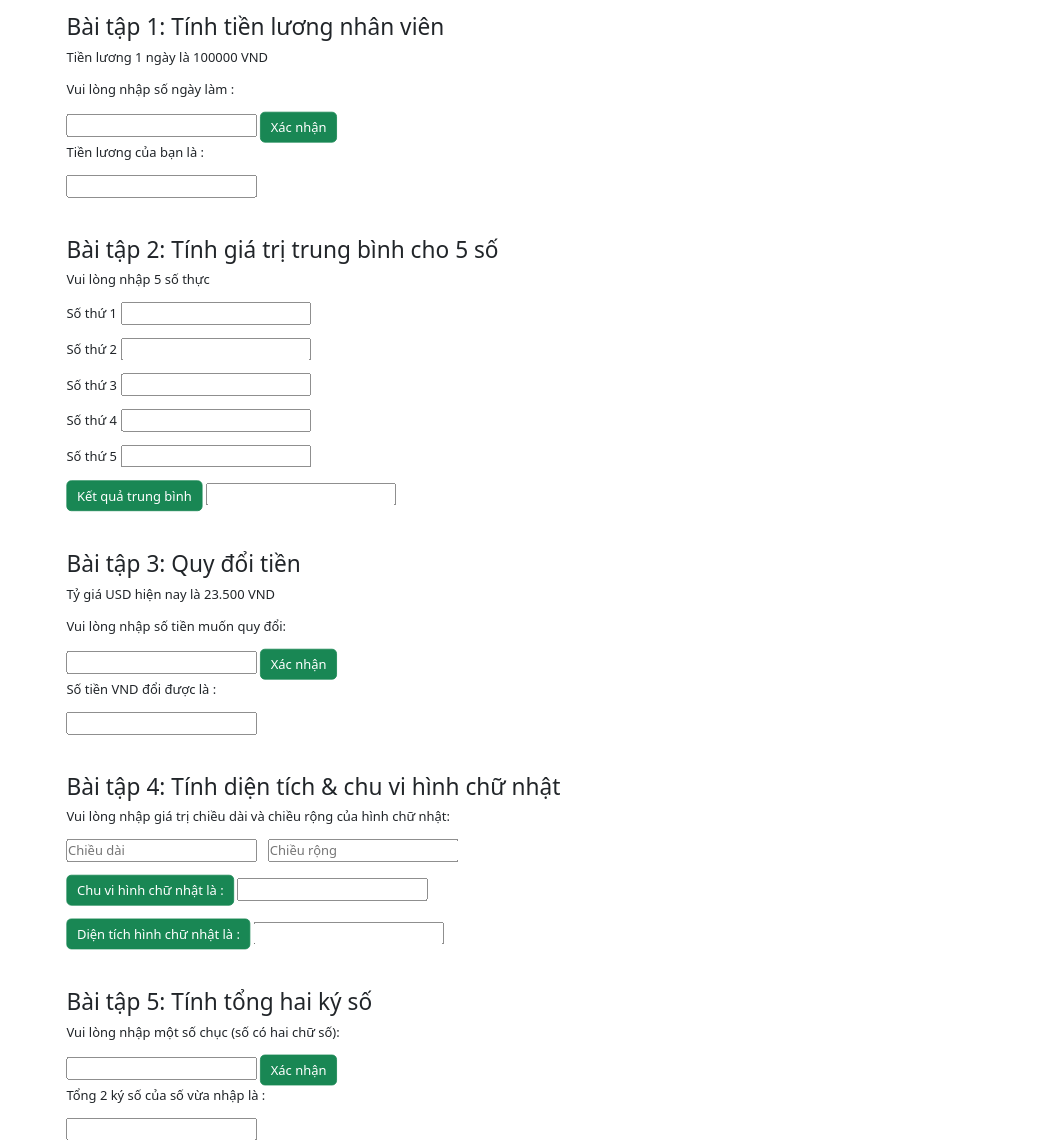
Repository: hcozyph/TranHuuPhuoc_BC43_BT_JS_Buoi2
Page: index.html
These files come from the project's save history. The page is drawn as it stood at one moment and after the next save; the edit follows.
The browser window is 1280 px wide. The pictures show the whole page, at 81% of full size.

Above is the page before, as saved 2023-02-03 19:49:50.

After the next save:
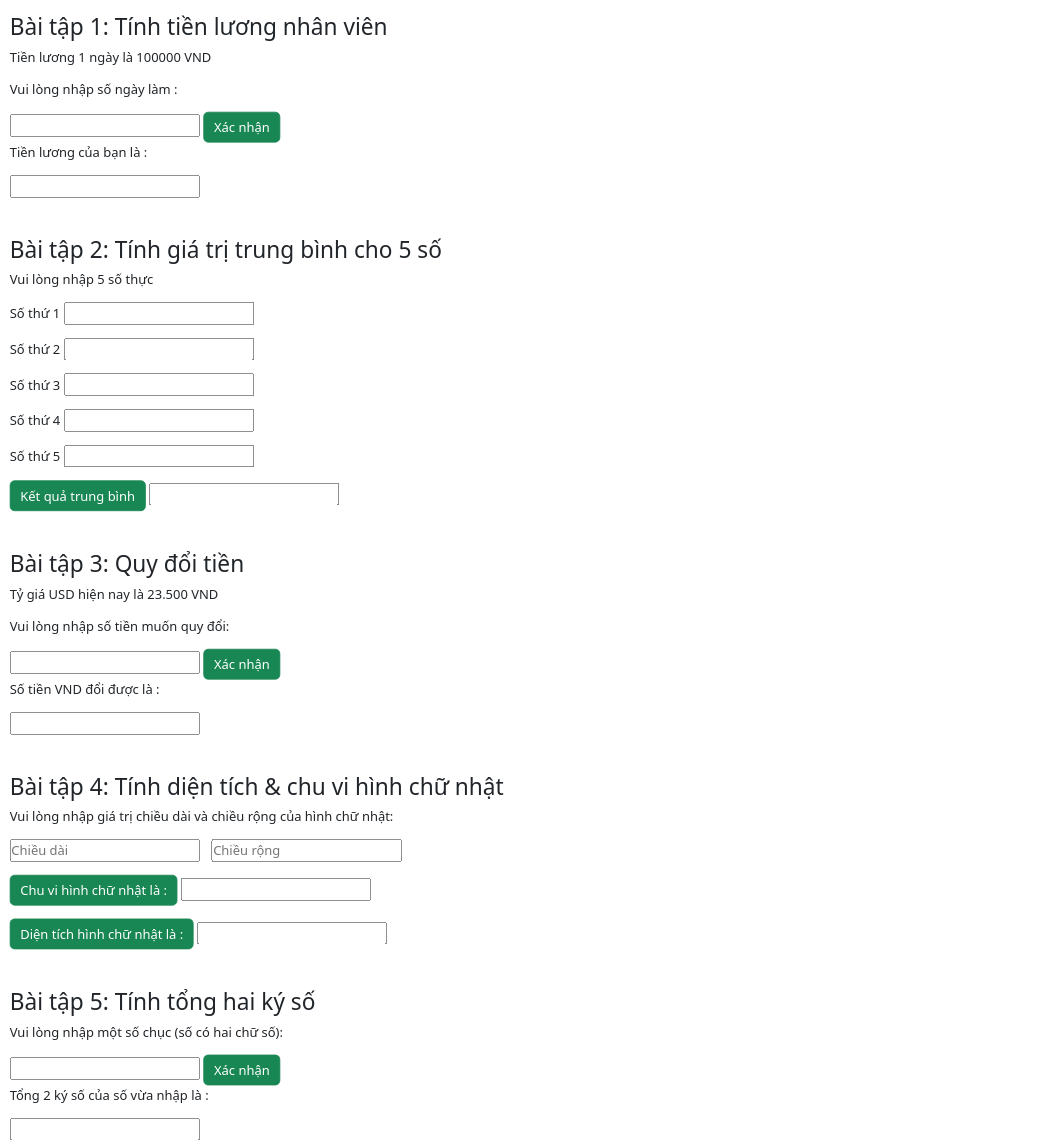
Saved 93 s later.
--- a/style/index.css
+++ b/style/index.css
@@ -1,7 +1,13 @@
 * {
     padding: 0;
     margin: 0;
+    box-sizing: border-box;
     font-family: system-ui, -apple-system, BlinkMacSystemFont, "Segoe UI",
         Roboto, Oxygen, Ubuntu, Cantarell, "Open Sans", "Helvetica Neue",
         sans-serif;
 }
+
+.container {
+    margin: 0 auto;
+    max-width: 1440px;
+}
